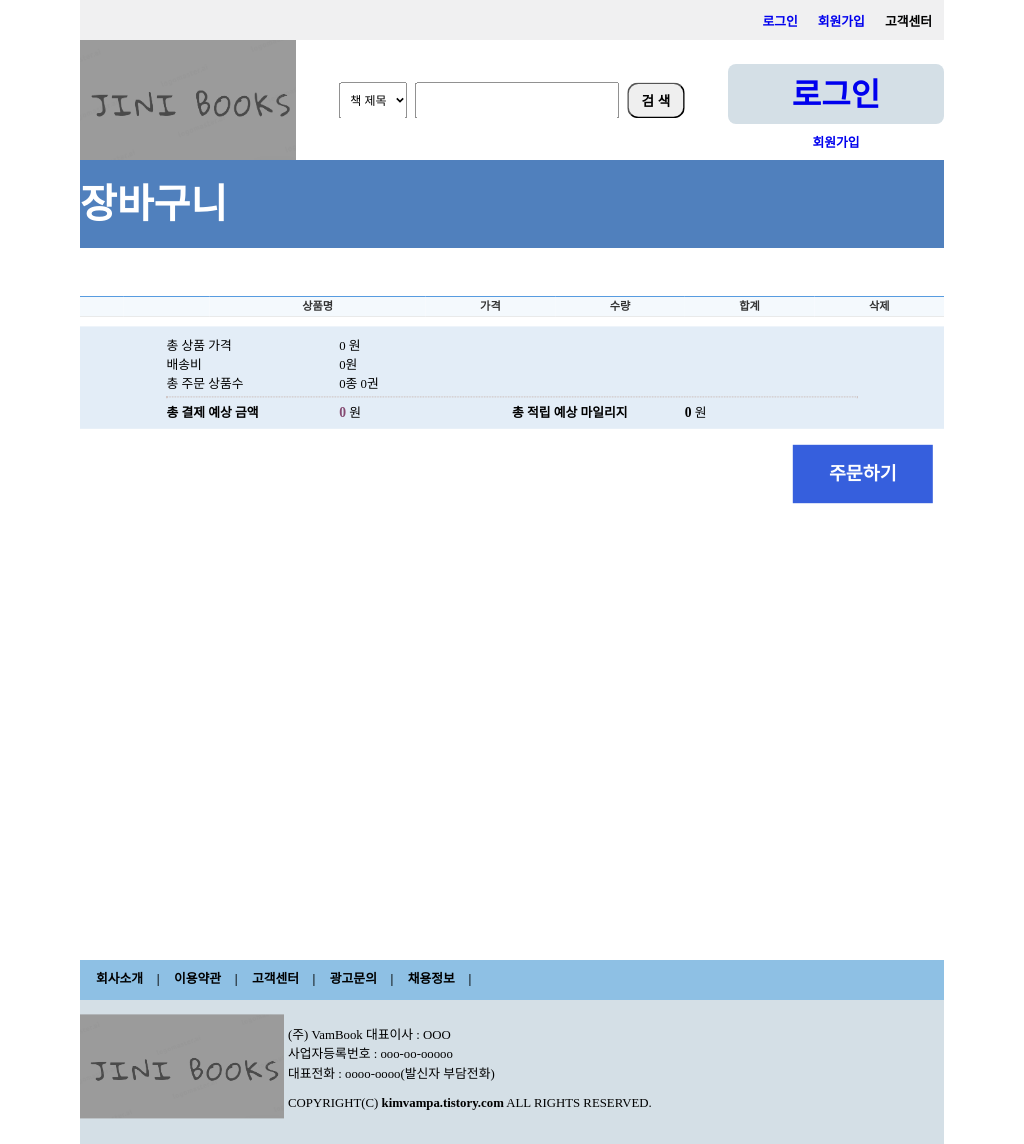
Repository: leechanjin7/ShoppingMall
Page: http://localhost/ShoppingMall/WEB-INF/views/cart.jsp
An editor plug-in stored every save of this project. The page is shown before and after the next save, followed by the edit.
The browser window is 1280 px wide. The pictures show the whole page, at 80% of full size.
The page is served by Tomcat 9. Nobody is signed in. The template is opened directly, without the code that normally fills it, so the values that code supplies are empty.

Above is the page before, as saved 2023-09-12 06:15:43.

After the next save:
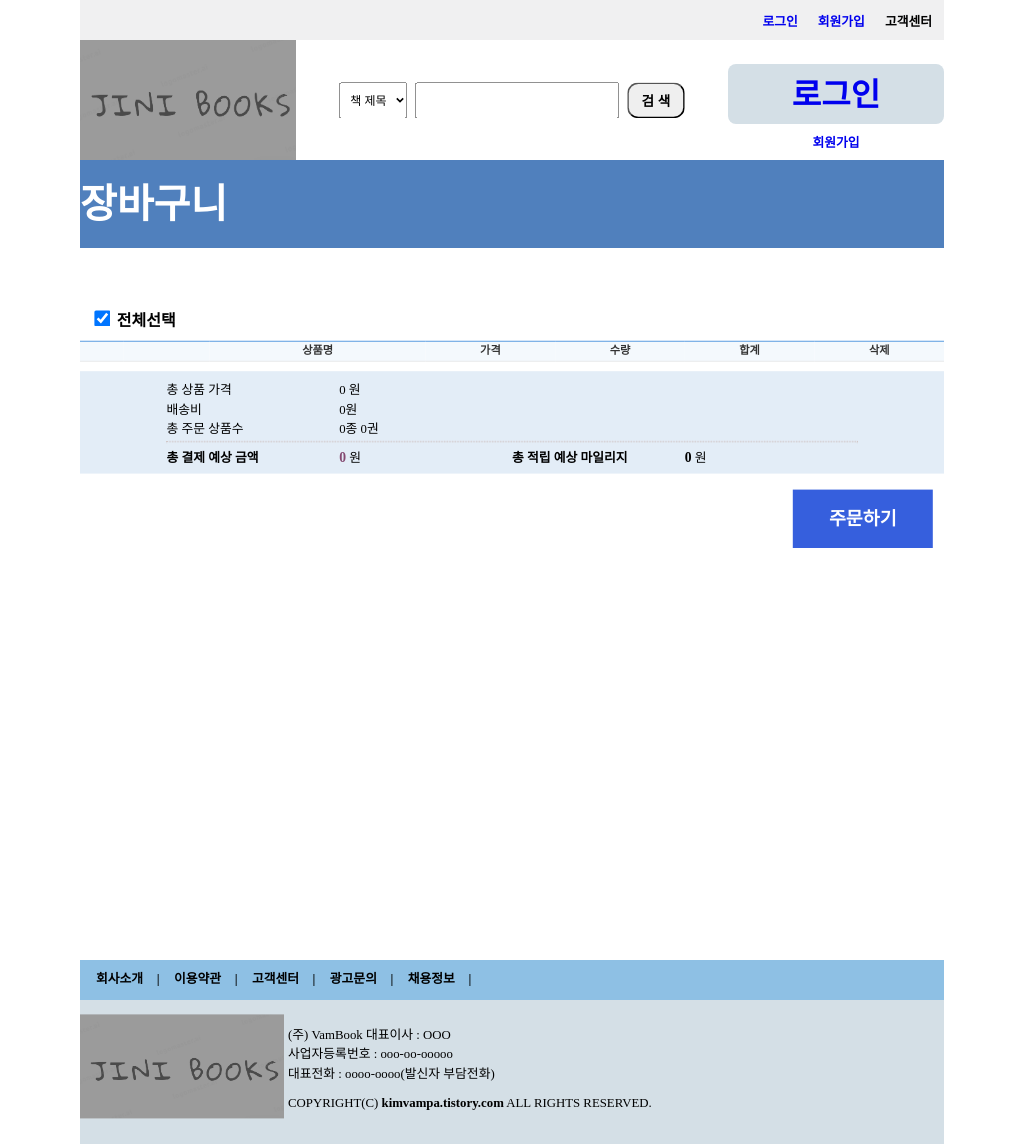
Saved 57 s later.
--- a/workspace/ShoppingMall/src/main/webapp/WEB-INF/views/cart.jsp
+++ b/workspace/ShoppingMall/src/main/webapp/WEB-INF/views/cart.jsp
@@ -87,6 +87,10 @@
 				<!-- 장바구니 가격 합계 -->
 				<!-- cartInfo -->
 				<div class="content_totalCount_section">
+					<!-- 체크박스 전체 여부 -->
+					<div class="all_check_input_div">
+						<input type="checkbox" class="all_check_input input_size_20" checked="checked"><span class="all_chcek_span">전체선택</span>
+					</div>
 
 					<table class="subject_table">
 						<caption>표 제목 부분</caption>
